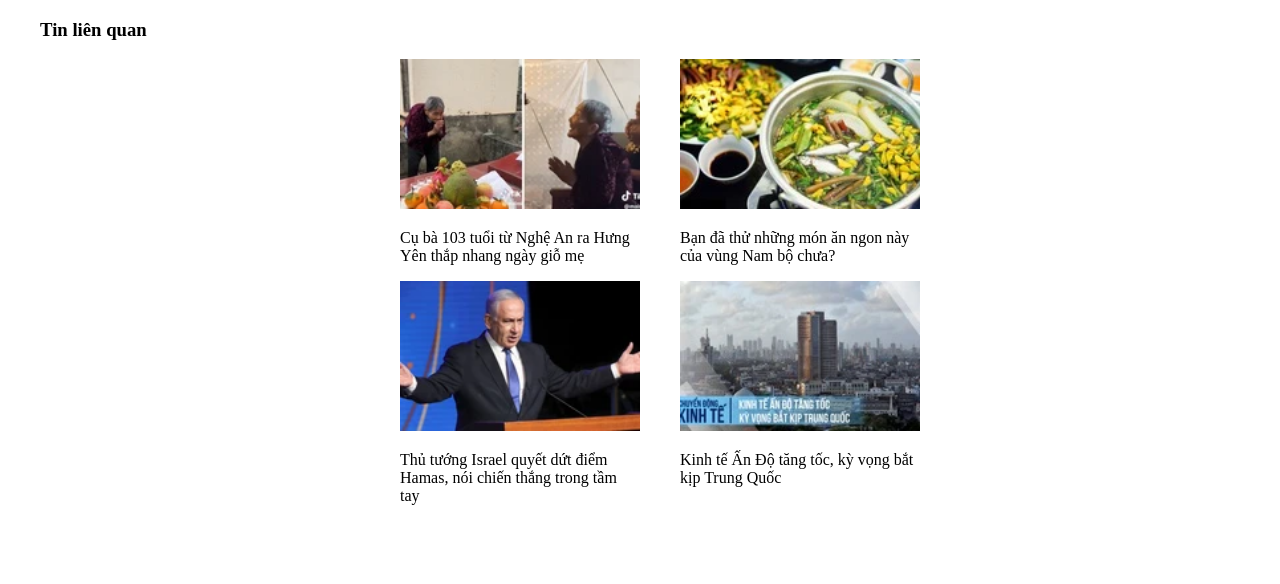
Repository: Tan-Khang21/TH_TKW--Buoi_07
Page: Bai_Tap_Ve_Nha/TinLienQuan.html
An editor plug-in stored every save of this project. The page is shown before and after the next save, followed by the edit.
The browser window is 1280 px wide. The pictures show the whole page.

Above is the page before, as saved 2024-03-12 17:34:40.

After the next save:
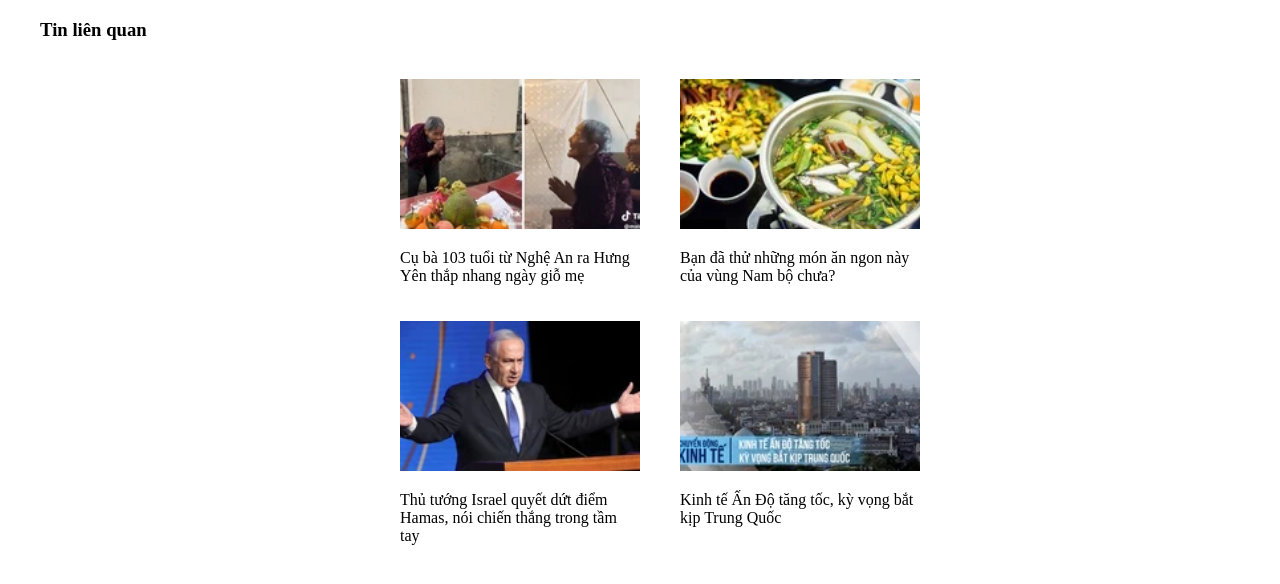
Saved 39 s later.
--- a/Bai_Tap_Ve_Nha/TinLienQuan.html
+++ b/Bai_Tap_Ve_Nha/TinLienQuan.html
@@ -19,7 +19,10 @@
           margin: 0 auto;
         "
       >
-        <div class="box" style="width: 40%; margin-left: 40px">
+        <div
+          class="box"
+          style="width: 40%; margin-left: 40px; margin-top: 20px"
+        >
           <img
             src="images/hinh3.webp"
             alt=""
@@ -27,7 +30,7 @@
           />
           <p>Cụ bà 103 tuổi từ Nghệ An ra Hưng Yên thắp nhang ngày giỗ mẹ</p>
         </div>
-        <div style="width: 40%; margin-left: 40px">
+        <div style="width: 40%; margin-left: 40px; margin-top: 20px">
           <img
             src="images/hinh4.webp"
             alt=""
@@ -35,7 +38,7 @@
           />
           <p>Bạn đã thử những món ăn ngon này của vùng Nam bộ chưa?</p>
         </div>
-        <div style="width: 40%; margin-left: 40px">
+        <div style="width: 40%; margin-left: 40px; margin-top: 20px">
           <img
             src="images/hinh5.webp"
             alt=""
@@ -45,7 +48,7 @@
             Thủ tướng Israel quyết dứt điểm Hamas, nói chiến thắng trong tầm tay
           </p>
         </div>
-        <div style="width: 40%; margin-left: 40px">
+        <div style="width: 40%; margin-left: 40px; margin-top: 20px">
           <img
             src="images/hinh6.webp"
             alt=""
